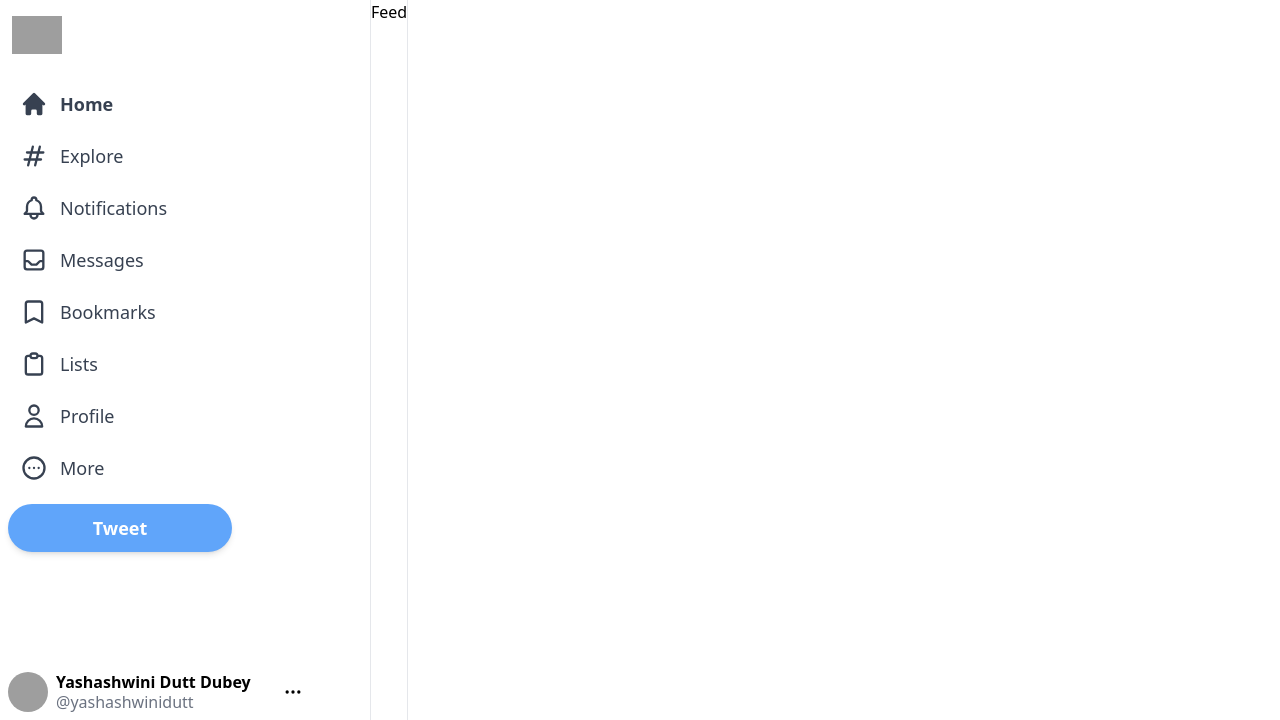
Repository: Yashashwinidutt/twitter
Page: /
The author's editor kept a copy of each file at every save. The page is drawn from the files as they stood at one save, then again after the next save.
The browser window is 1280 px wide. The pictures show the whole page.
Pictures or frames that could not be fetched are drawn as grey boxes. The project was rebuilt for these pictures with package versions that can differ from the ones it lists, and the page was loaded fresh each time. The framework's server and built-in components were replaced by stand-ins that run in the browser. Also part of the build but not shown: next.config.js.

Above is the page before, as saved 2023-02-27 15:16:35.

After the next save:
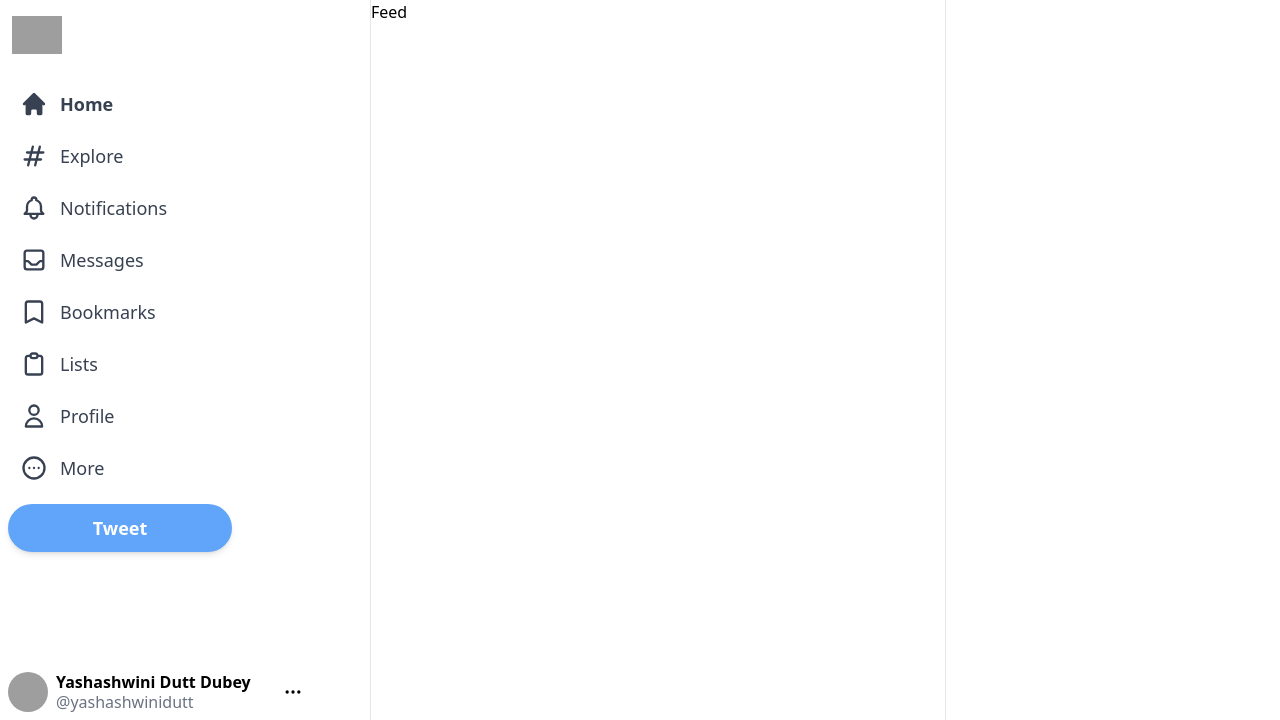
Saved 32 s later.
--- a/components/Feed.js
+++ b/components/Feed.js
@@ -1,5 +1,5 @@
 export default function Feed() {
   return (
-    <div className="xl:ml-[370px] border-l border-r xl-:min-w-[576px]">Feed</div>
+    <div className="xl:ml-[370px] border-l border-r xl:min-w-[576px]">Feed</div>
   )
 }
